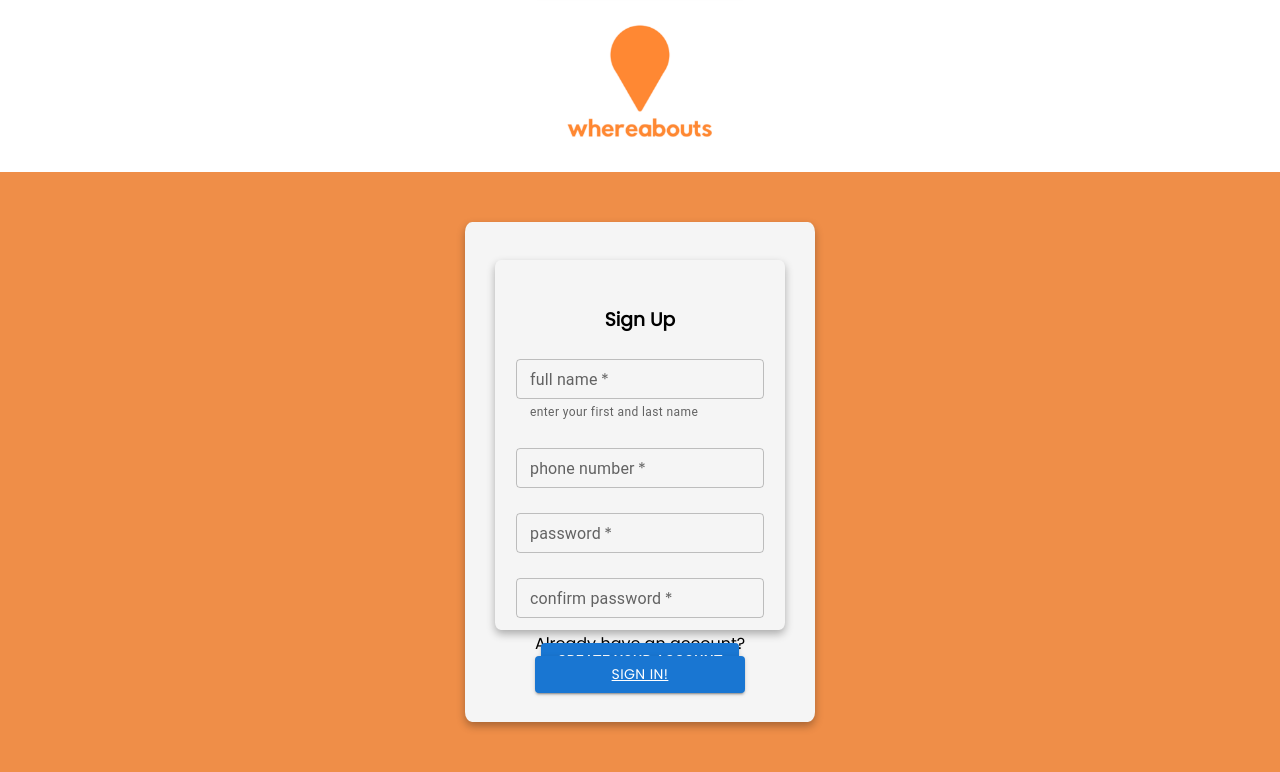
Repository: Whereabouts-Project-UN-KP-CC-LC/whereabouts
Page: /register
These files come from the project's save history. The page is drawn as it stood at one moment and after the next save; the edit follows.
The browser window is 1280 px wide. The pictures show the whole page.
The project was rebuilt for these pictures with package versions that can differ from the ones it lists, and the page was loaded fresh each time. Also part of the build but not shown: webpack.config.js, client/pages/Login.jsx, client/pages/StartPage.jsx, client/components/Sidebar.jsx, client/components/ContactsList.jsx, client/components/Contacts.jsx, client/components/ChatBar.jsx, client/components/ChatBody.jsx and 8 more.

Above is the page before, as saved 2024-03-09 08:28:46.

### client/index.html
<!DOCTYPE html>
<html lang="en">
  <head>
    <meta charset="UTF-8" />
    <meta http-equiv="X-UA-Compatible" content="IE=edge" />
    <meta name="viewport" content="width=device-width, initial-scale=1.0" />
    <script src="https://polyfill.io/v3/polyfill.min.js?features=default"></script>
    <link rel="preconnect" href="https://fonts.googleapis.com">
    <link rel="preconnect" href="https://fonts.gstatic.com" crossorigin>
    <link href="https://fonts.googleapis.com/css2?family=Inter:wght@400;600;700&family=Poppins&display=swap" rel="stylesheet">
    <title>Whereabouts</title>
  </head>
  <body>
    <div id="root"></div>

    <script>(g=>{var h,a,k,p="The Google Maps JavaScript API",c="google",l="importLibrary",q="__ib__",m=document,b=window;b=b[c]||(b[c]={});var d=b.maps||(b.maps={}),r=new Set,e=new URLSearchParams,u=()=>h||(h=new Promise(async(f,n)=>{await (a=m.createElement("script"));e.set("libraries",[...r]+"");for(k in g)e.set(k.replace(/[A-Z]/g,t=>"_"+t[0].toLowerCase()),g[k]);e.set("callback",c+".maps."+q);a.src=`https://maps.${c}apis.com/maps/api/js?`+e;d[q]=f;a.onerror=()=>h=n(Error(p+" could not load."));a.nonce=m.querySelector("script[nonce]")?.nonce||"";m.head.append(a)}));d[l]?console.warn(p+" only loads once. Ignoring:",g):d[l]=(f,...n)=>r.add(f)&&u().then(()=>d[l](f,...n))})
      ({key: "AIzaSyB41DRUbKWJHPxaFjMAwdrzWzbVKartNGg", v: "beta"});</script>

  </body>
</html>

### client/index.js
import React from 'react';
import * as ReactDOMClient from 'react-dom/client';
import App from './App';
import { render } from 'react-dom';
import { io } from 'socket.io-client';

// initialize socket on client side
// creates a new Manager for the given host URL (https://socket.io/docs/v4/client-api/#manager)
const socket = io('http://localhost:3000/', {
  autoConnect: false,
});

const container = document.getElementById('root');
const root = ReactDOMClient.createRoot(container);

root.render(<App />);

export default socket;

### client/App.jsx
import React, { Component, useState, useEffect } from 'react';
import { BrowserRouter as Router, Routes, Route, Link } from 'react-router-dom';
import './index.css';
import Header from './components/Header';
import StartPage from './pages/StartPage';
import Login from './pages/Login';
import Registration from './pages/Registration';
import Dashboard from './pages/Dashboard';
import ChatPage from './components/ChatPage';

export default function App() {
  const [userInfo, setUserInfo] = useState({
    name: '',
    phone_number: '',
    password: '',
  });

  return (
    <>
      <Router>
        <div className="main-container">
          <div className="header-container">
            <Header />
          </div>

          <div className="body-container">
            <Routes>
              <Route
                exact
                path="/"
                element={
                  <StartPage userInfo={userInfo} setUserInfo={setUserInfo} />
                }
              />
              <Route
                path="/login"
                element={
                  <Login userInfo={userInfo} setUserInfo={setUserInfo} />
                }
              />
              <Route
                path="/register"
                element={
                  <Registration userInfo={userInfo} setUserInfo={setUserInfo} />
                }
              />
              <Route
                path="/dashboard"
                element={
                  <Dashboard userInfo={userInfo} setUserInfo={setUserInfo} />
                }
              />
              <Route path="/chat" element={<ChatPage userInfo={userInfo} />} />
            </Routes>
          </div>
        </div>
      </Router>
    </>
  );
}

### client/index.css
* {
  margin: 0;
  padding: 0;
  box-sizing: border-box;
  font-family: 'Inter', sans-serif;
  font-family: 'Poppins', sans-serif;
}

.main-container {
  display: flex;
  flex-direction: column;
  align-items: center;
  justify-content: center;
  background-color: #ef8e48;
}

/****** Start of Header styling ******/
.header-container {
  width: 100%;
  display: flex;
  align-items: center;
  justify-content: center;
  background-color: white;
}

header img {
  height: 165px;
}

/****** End of Header styling ******/

/****** Start of Login styling ******/

.login-container {
  width: 350px;
  height: 500px;
  padding: 10px 0 0 0;
  margin: 50px;
  display: flex;
  align-items: center;
  justify-content: space-evenly;
  flex-direction: column;
  background-color: whitesmoke;
  border-color: #59656f;
  border-radius: 10px;
  box-shadow: 0 4px 8px rgba(0, 0, 0, 0.3);
  border-radius: 2%;
}

.login-container a {
  text-decoration: none;
  color: black;
}

.login-container a:hover {
  color: #ef8e48;
}

.form-container {
  display: flex;
  flex-direction: column;
  justify-content: center;
  align-items: center;
  border-color: #59656f;
  border-radius: 10px;
  box-shadow: 0 4px 8px rgba(0, 0, 0, 0.3);
  background-color: whitesmoke;
  padding: 20px;
  width: 290px;
}

.input-container {
  width: 250px;
  display: flex;
  flex-direction: column;
  padding: 20px;
  justify-content: flex-start;
}

/****** End of Login styling ******/

.registration-container {
  width: 350px;
  height: 500px;
  padding: 10px 0 0 0;
  margin: 50px;
  display: flex;
  flex-direction: column;
  justify-content: space-evenly;
  align-items: center;
  background-color: whitesmoke;
  border-color: #59656f;
  border-radius: 10px;
  box-shadow: 0 4px 8px rgba(0, 0, 0, 0.3);
  border-radius: 2%;
}
.registration-input-container {
  display: flex;
  flex-direction: column;
  align-items: center;
}
.registration-form {
  display: flex;
  flex-direction: column;
  justify-content: space-evenly;
  align-items: center;
  box-shadow: 0 4px 8px rgba(0, 0, 0, 0.3);
  border-radius: 2%;
  padding: 20px;
  height: 370px;
  width: 290px;
}
/****** End of Registration styling ******/

/****** Start of Dashboard styling ******/

.dashboard-container {
  display: grid;
  margin-left: 10px;
  margin-right: 10px;
  border-style: solid;
  border-radius: 5px;
  grid-template-columns: 1fr 8fr;
  border-color: #59656f;
  background-image: linear-gradient(to bottom, #FFFFFC, #EF8E48)
}

/****** End of Dashboard styling ******/

/****** Start of Sidebar styling ******/

.sidebar-container {
  display: flex;
  border-style: solid;
  grid-column: 1;
  height: 100%;
  border-radius: 5px;
  padding: 10px;
  justify-content: center;
  border-color: #3d405b;
  background-color: #59656f;
}

.sidebar {
  display: flex;
  flex-direction: column;
  align-items: center;
  color: #fffffc;
  font-weight: bold;
  font-size: 25px;
  background-color: #59656f;
}

.sidebar-item {
  color: #fffffc;
  margin: 15px;
  cursor: pointer;
}

/****** End of Side styling ******/

/****** Start of Contacts styling ******/

.contacts-container {
  display: flex;
  flex-direction: column;
  align-items: center;
  border-style: solid;
  border-color: black;
}

.add-contact-container {
  border-style: solid;
  border-color: #59656f;
  border-radius: 10px;
  width: 400px;
  height: 100px;
  background-color: whitesmoke;
}

.add-contact-form {
  margin: 3px;

  display: flex;
  flex-direction: column;
  justify-content: space-between;
  align-items: center;
}

.add-contact-form p,
.add-contact-form input,
.add-contact-form button {
  margin: 3px;
}

.add-contact-input {
  width: 300px;
}

.add-contact-btn {
  width: 150px;
}

.valid-contacts-container {
  display: flex;
  align-items: center;
  border-style: solid;
  width: 800px;
  height: 500px;
  border-color: #59656f;
  display: grid;
  background-image: linear-gradient(to bottom, #00a676 60%, #FFFFFC);
}

.titles-row {
  display: flex;
  margin: 15px;
  height: 100px;
  align-items: center;
  justify-content: center;
  padding: 10px;
  column-gap: 10px;
}

.contact-title {
  width: 250px;
  height: 75px;
  background-color: whitesmoke;
  display: flex;
  justify-content: center;
  align-items: center;
  border-style: solid;
  border-color: #59656f;
  border-radius: 5px;
}

.contacts-display {
  margin: 15px;
  padding: 10px;
  border-style: solid;
  border-color: #59656f;
  border-radius: 5px;
  height: 300px;
  overflow: auto;
}

.start-trip-button {
  margin-top: 10px;
  margin: 10px;
  padding: 10px;
  padding: 15px 30px;
  width: 500px;
  height: 100px;
  text-align: center;
  /* text-transform: uppercase; */
  transition: 0.5s;
  background-size: 200% auto;
  color: white;
  border-radius: 10px;
  display: block;
  border: 0px;
  font-family: 'Inter', sans-serif;
  font-family: 'Poppins', sans-serif;
  font-weight: 700;
  font-size: x-large;
  box-shadow: 0px 0px 14px -7px #f09819;
  background-image: linear-gradient(
    45deg,
    #ff512f 0%,
    #f09819 51%,
    #ff512f 100%
  );
  cursor: pointer;
  user-select: none;
  -webkit-user-select: none;
  touch-action: manipulation;
  align-items: center;
}

.start-trip-button:hover {
  background-position: right center;
  /* change the direction of the change here */
  color: #fff;
  text-decoration: none;
}

.start-trip-button:active {
  transform: scale(0.95);
}

/****** End of Contacts styling ******/

/****** Start of Trip Watching Container styling ******/

.trip-watching-container {
  display: flex;
  margin: 30px;
  flex-direction: column;
  align-items: center;
}

/****** End of Trip Watching Container styling ******/

/****** Start of ChatPage + subcomponent styling ******/

.home__container {
  width: 100%;
  height: 100vh;
  display: flex;
  flex-direction: column;
  justify-content: center;
  align-items: center;
}
.home__container > * {
  margin-bottom: 10px;
}
.home__header {
  margin-bottom: 30px;
}
.username__input {
  padding: 10px;
  width: 50%;
}
.home__cta {
  width: 200px;
  padding: 10px;
  font-size: 16px;
  cursor: pointer;
  background-color: #607eaa;
  color: #f9f5eb;
  outline: none;
  border: none;
  border-radius: 5px;
}
.chat {
  width: 100%;
  height: 100vh;
  display: flex;
  align-items: center;
}
.chat__sidebar {
  height: 100%;
  background-color: #59656f;
  color: #fffffc;
  flex: 0.2;
  padding: 20px;
  border-right: 1px solid #fdfdfd;
}
.chat__main {
  height: 100%;
  flex: 0.8;
}
.chat__header {
  margin: 30px 0 20px 0;
}
.chat__users > * {
  margin-bottom: 10px;
  color: #fffffc;
  font-size: 14px;
}
.online__users > * {
  margin-bottom: 10px;
  color: rgb(238, 102, 102);
  font-style: italic;
}
.chat__mainHeader {
  width: 100%;
  height: 10vh;
  display: flex;
  align-items: center;
  justify-content: space-between;
  padding: 20px;
  background-color: #59656f;
}
.leaveChat__btn {
  padding: 10px;
  width: 150px;
  border: none;
  outline: none;
  background-color: #db2955;
  cursor: pointer;
  color: #fff;
  font-weight: bold;
}
.message__container {
  width: 100vh;
  height: 80vh;
  background-color: #fff;
  padding: 20px;
  overflow-y: scroll;
}

.message__container > * {
  margin-bottom: 10px;
}
.chat__footer {
  padding: 10px;
  background-color: #59656f;
  height: 10vh;
}
.form {
  width: 100%;
  height: 100%;
  display: flex;
  align-items: center;
  justify-content: space-between;
}
.message {
  width: 80%;
  height: 100%;
  border-radius: 10px;
  border: 1px solid #ddd;
  outline: none;
  padding: 15px;
}
.sendBtn {
  width: 40%;
  background-color: #00a676;
  padding: 10px;
  margin: 0 10px;
  border: none;
  outline: none;
  cursor: pointer;
  color: #fff;
  font-weight: bold;
}
.leaveChat__btn:hover,
.sendBtn:hover {
  box-shadow: inset 0 -3em 3em rgba(0, 0, 0, 0.1);
}
.message__recipient {
  background-color: #f5ccc2;
  width: 300px;
  padding: 10px;
  border-radius: 10px;
  font-size: 15px;
}
.message__sender {
  background-color: rgb(194, 243, 194);
  max-width: 300px;
  padding: 10px;
  border-radius: 10px;
  margin-left: auto;
  font-size: 15px;
}
.message__chats > p {
  font-size: 13px;
}
.sender__name {
  text-align: right;
}
.message__status {
  position: fixed;
  bottom: 50px;
  font-size: 13px;
  font-style: italic;
}

/****** End of ChatPage + subcomponent styling ******/

/****** Start of My Trip Component styling ******/

.my-trip-container {
  display: flex;
  justify-content: center;
  justify-content: center;
  margin: 30px;
}
/****** End of My Trip Component styling ******/

/****** Start of Map Container styling ******/

/* specifically just for the renderind of the map within the map container component */
.map {
  width: 700px;
  height: 300px;
}
/* map-container can be adjusted depending on what additonal input fields/info we need to render with Map */
.map-container {
  width: 700px;
  height: 300px;
}

.combobox-input {
  width: 100%;
  padding: 0.5rem;
}
/****** End of Map styling ******/
/****** End of Map Container styling ******/


/****** Start of SOS in trips I'm Watching styling ******/
.sos {
  animation: blink-text 1.9s linear infinite;
  font-size: 40px;
}

@keyframes blink-text {
  0% {
   opacity: 0;
  }
  50% {
   opacity: 1;
  }
  100% {
   opacity: 0;
  }
}
/****** End of ADD COMPONENT HERE styling ******/

### client/components/Header.jsx
import React from 'react';
import { Link } from 'react-router-dom';


function Header() {

    return (
        <header>
            <Link to='/'>
                <img src={require('/client/assets/logo.png')} />
            </Link>
        </header>
    )
}

export default Header;

### client/pages/Registration.jsx
import React, { useState, useEffect } from 'react';
import axios from 'axios';
import { Navigate, Link } from 'react-router-dom';
import { Button, TextField } from '@mui/material';

function Registration({ userInfo, setUserInfo }) {
  const [passMatch, setPassMatch] = useState(true);
  const [subStatus, setSubStatus] = useState({
    sent: false,
    message: '',
  });
  // conditional alert
  const mismatchAlert = passMatch ? '' : 'Passwords do not match';
  //const subFailedAlert = subStatus ? '' : 'Submission failed. Please try again.';
  const subFailedAlert = !subStatus.sent ? '' : subStatus.message;

  // hook to redirect after successful registration
  const [redirect, setRedirect] = useState(false);

  // updates state as user inputs form info
  const onChange = (event) => {
    setUserInfo((prevState) => {
      return {
        ...prevState,
        [event.target.name]: event.target.value,
      };
    });
  };
  // confirms first password entry & second password entry match
  const confirmMatch = (event) => {
    if (event.target.value === userInfo.password) {
      setPassMatch(true);
      console.log('passwords match');
    } else {
      setPassMatch(false);
      console.log('passwords do not match');
    }
  };
  /*
      Sends user data to backend, redirects to contacts page if successful.
      If not, alerts user of failure.
    */
  const handleSubmit = async (event) => {
    event.preventDefault();
    console.log('submitting user data');
    if (!passMatch) {
      setSubStatus((prevState) => {
        return {
          ...prevState,
          status: false,
          message: 'Passwords do not match. Please correct before submitting',
        };
      });
      return;
    }
    try {
      // post request with new user data to backend, redirect to dashboard upon completion
      console.log('userInfo being sent to BE =>', userInfo);
      const response = await axios.post('/api/register', userInfo);
      console.log('response from POST req =>', response);
      if (response.status === 200) {
        setSubStatus((prevState) => {
          return {
            ...prevState,
            sent: true,
            message: 'Your account has been created',
          };
        });
        console.log('User added to DB');
        setRedirect(true);
      } else {
        throw new Error();
      }
    } catch (err) {
      // render user alert that submission failed
      console.log('this is the error =>', err.response.data.error);
      setSubStatus((prevState) => {
        return {
          ...prevState,
          sent: true,
          message: err.response.data.error,
        };
      });
    }
  };
  return (
    <div className="registration-container">
      <br></br>
      {/* Invoking redirect hook in event of successful login */}
      {redirect && <Navigate to="/dashboard" replace={true} />}
      <form className="registration-form" onSubmit={handleSubmit}>
        <div className="registration-input-container">
          <br></br>
          <h3>Sign Up</h3>
          <br></br>
          <TextField
            label="full name"
            type="text"
            className="input-box"
            name="name"
            id="name"
            size="small"
            helperText="enter your first and last name"
            required={true}
            onChange={onChange}
          />
        </div>
        <br></br>
        <div className="registration-input-container">
          <TextField
            label="phone number"
            type="text"
            className="input-box"
            name="phone_number"
            id="phone"
            size="small"
            required={true}
            onChange={onChange}
          />
        </div>
        <br></br>
        <div className="registration-input-container">
          <TextField
            label="password"
            type="password"
            className="input-box"
            name="password"
            id="password"
            size="small"
            required={true}
            onChange={onChange}
          />
        </div>
        <br></br>
        <div className="registration-input-container">
          <TextField
            label="confirm password"
            type="password"
            className="input-box"
            name="password"
            id="confirm-password"
            size="small"
            required={true}
            onChange={confirmMatch}
          />
          <p>{mismatchAlert}</p>
        </div>
        <br></br>
        <Button type="submit" className="styleMe" variant="contained">
          Create Your Account
        </Button>
        <br />
        <br />
        {/* <Button type="submit" className="styleMe" variant="text">
          Already Have an Account?
          <Link to="/login">Sign In!</Link>
        </Button> */}
        <br />
      </form>
      <p style={{ display: 'flex', flexDirection: 'column', justifyContent: 'center' }}>
          Already have an account?
          <br />
          <Button type="submit" className="submit-btn" variant="contained">
            <Link to="/login" style={{ color: 'white' }}> Sign in!</Link>
          </Button>
        </p>
      <br />
      <p>{subStatus.message}</p>
    </div>
  );
}
export default Registration;

After the next save:
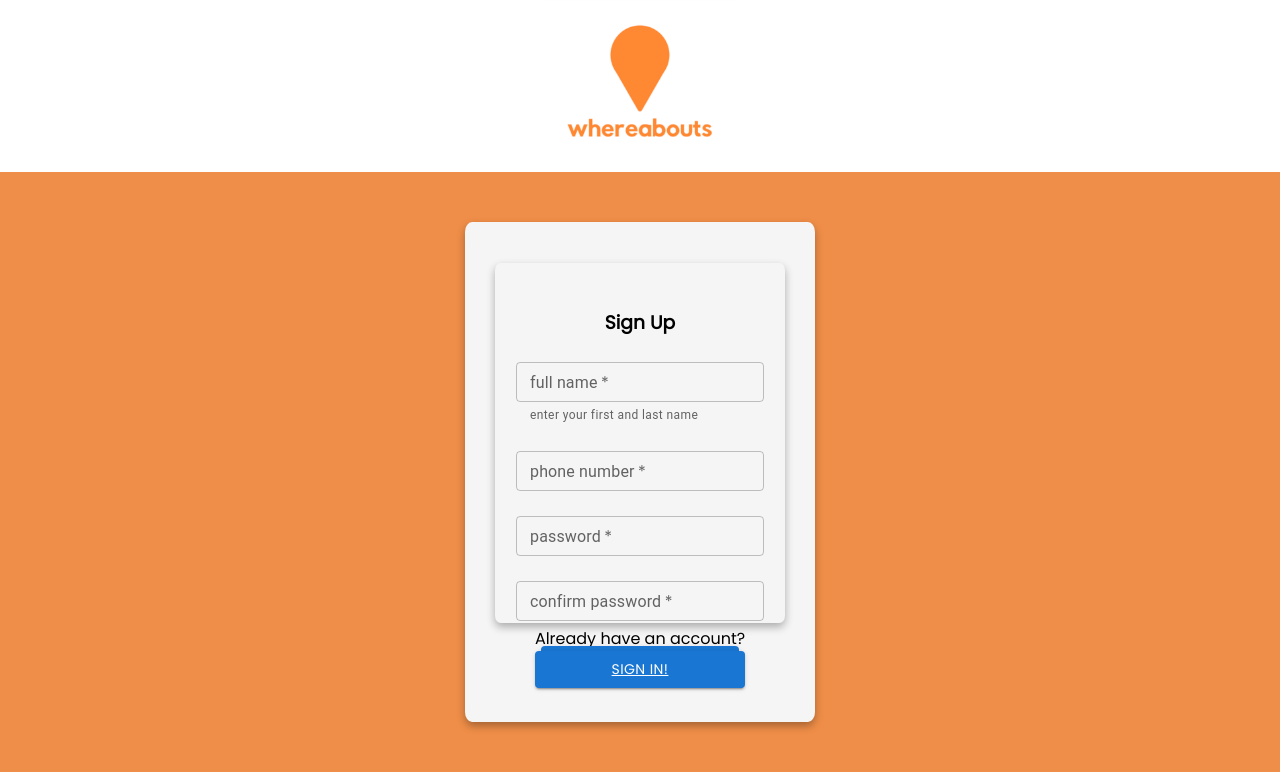
Saved 19 s later.
--- a/client/index.css
+++ b/client/index.css
@@ -107,7 +107,7 @@
   box-shadow: 0 4px 8px rgba(0, 0, 0, 0.3);
   border-radius: 2%;
   padding: 20px;
-  height: 370px;
+  height: 360px;
   width: 290px;
 }
 /****** End of Registration styling ******/
